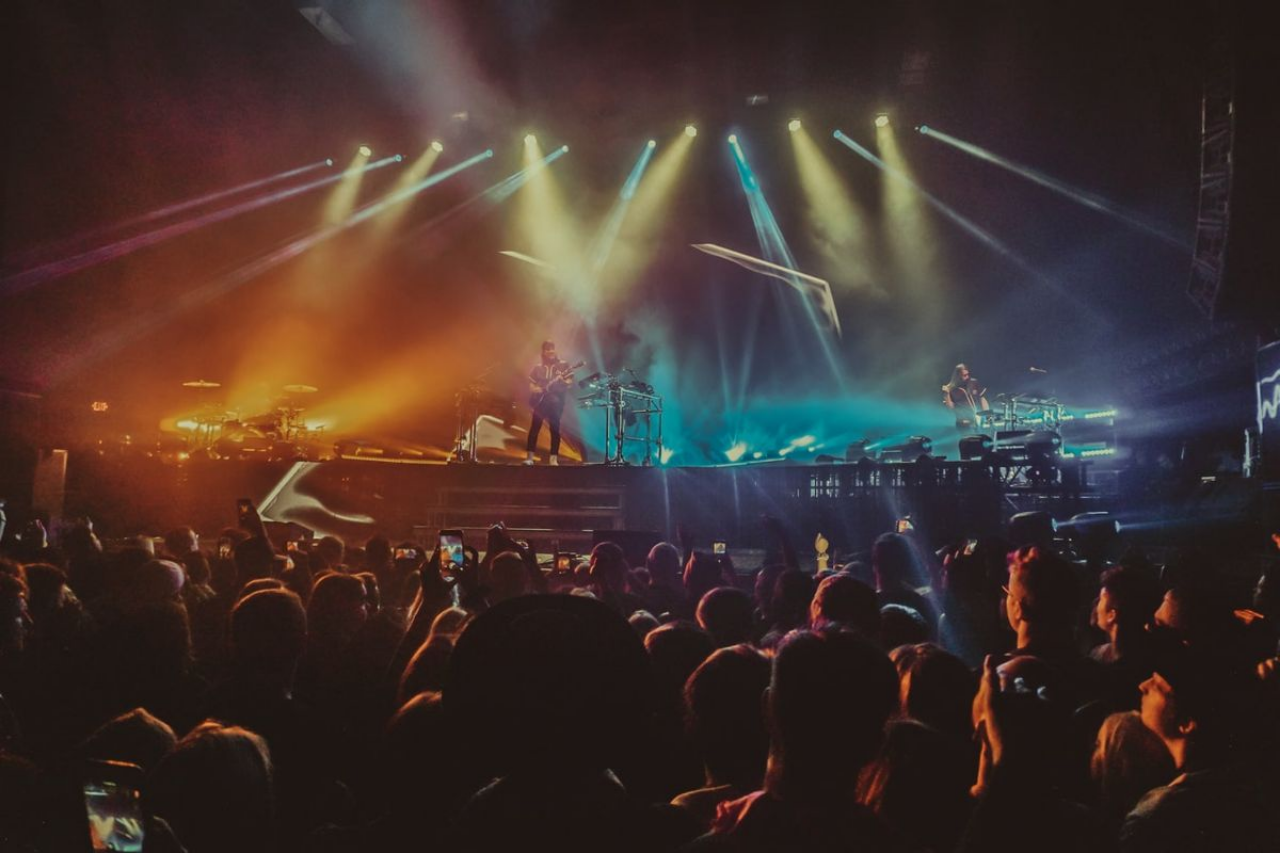
Repository: Hajimohammadi-KI/Web-Technologien
Page: index.html
The author's editor kept a copy of each file at every save. The page is drawn from the files as they stood at one save, then again after the next save.
The browser window is 1280 px wide. The pictures show the whole page.

Above is the page before, as saved 2025-09-30 12:55:19.

After the next save:
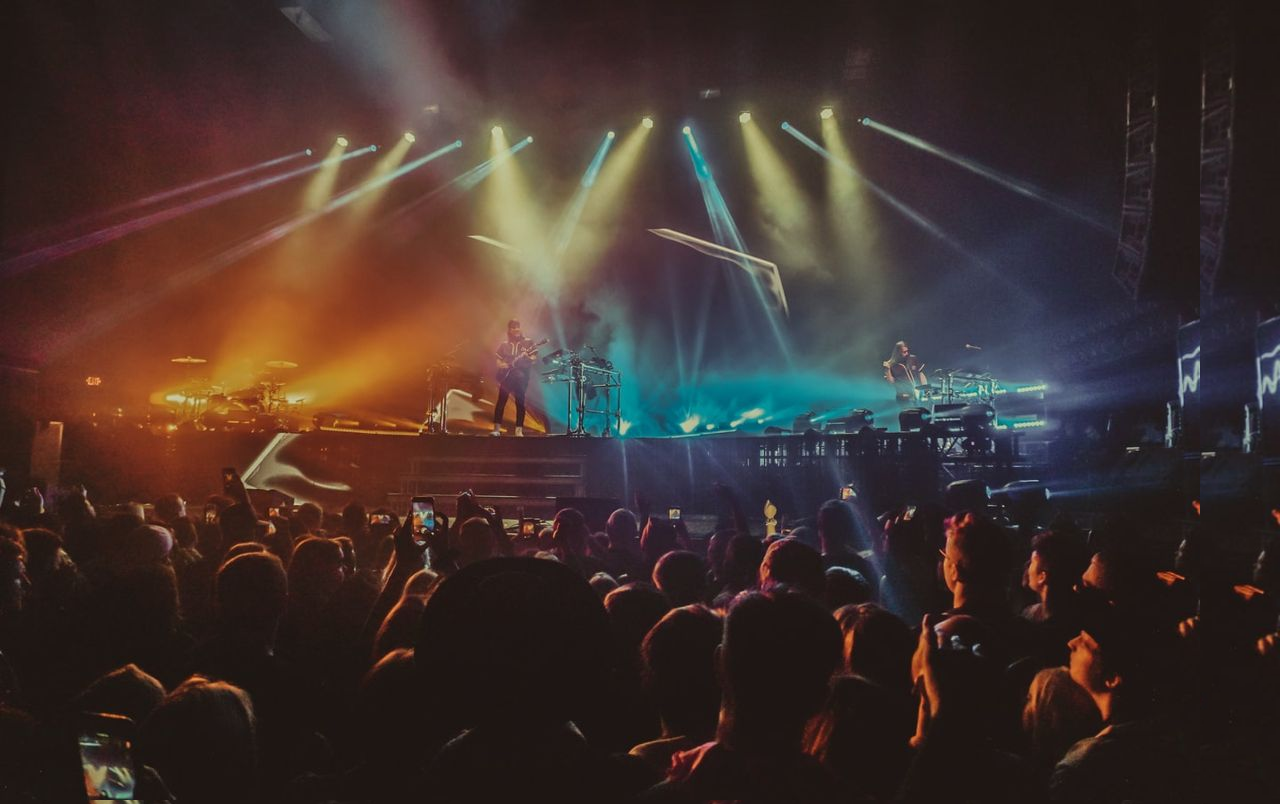
Saved 16 s later.
--- a/index.html
+++ b/index.html
@@ -9,7 +9,7 @@
 <body>
     <!-- The alt attribute is used to provide alternative text for the image if it fails to load or if the user visits the page via a screen reader. -->
     <img src="img/spotify-livestreaming-virtual-concerts-feat.jpeg"
-        alt=Musicians performing on a brightly lit stage with colorful spotlights
+        alt="Musicians performing on a brightly lit stage with colorful spotlights
         and smoke effects while a large enthusiastic audience watches and records
         the event with their phones in a dark concert hall filled with energy and
          excitement class="responsive-img">

After the save that followed:
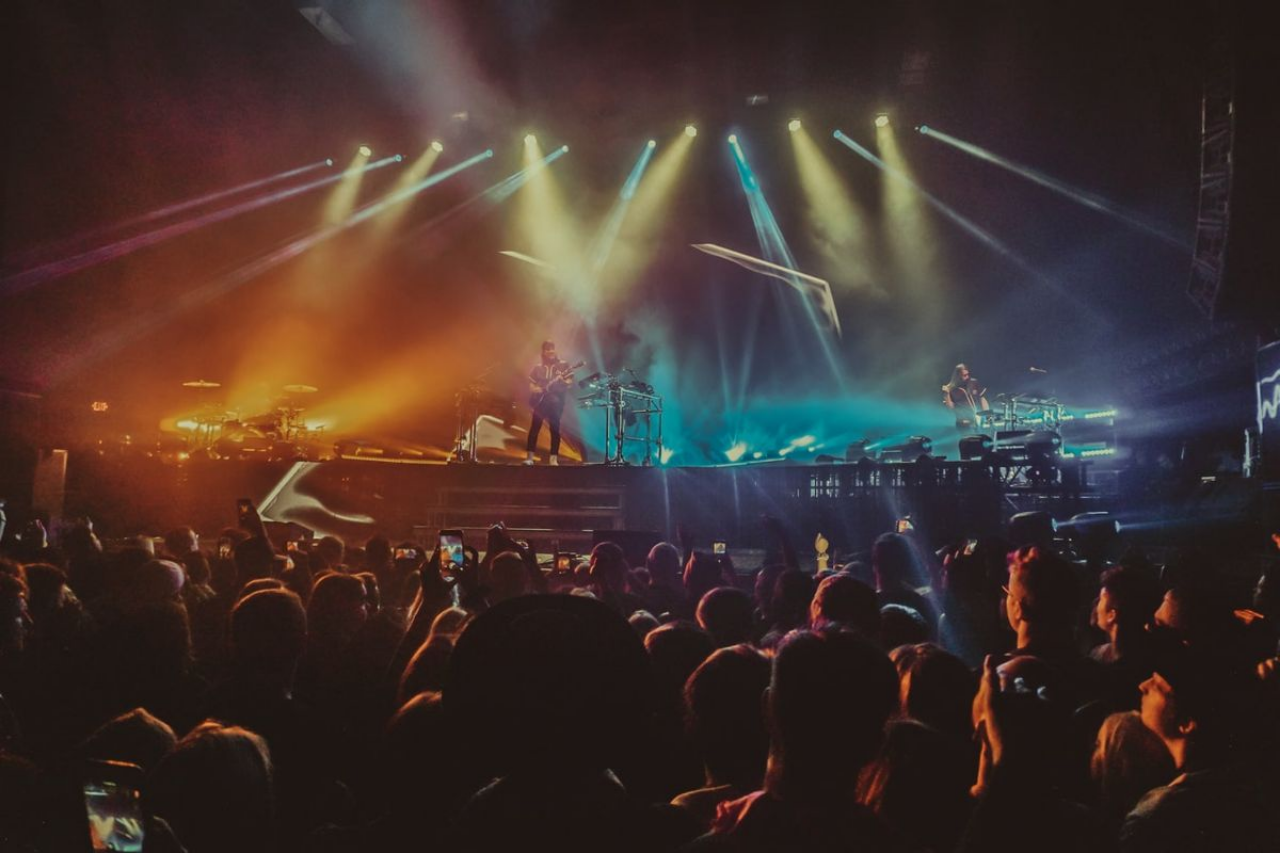
Saved 4 s later.
--- a/index.html
+++ b/index.html
@@ -12,6 +12,6 @@
         alt="Musicians performing on a brightly lit stage with colorful spotlights
         and smoke effects while a large enthusiastic audience watches and records
         the event with their phones in a dark concert hall filled with energy and
-         excitement class="responsive-img">
+         excitement" class="responsive-img">
 </body>
 </html>
